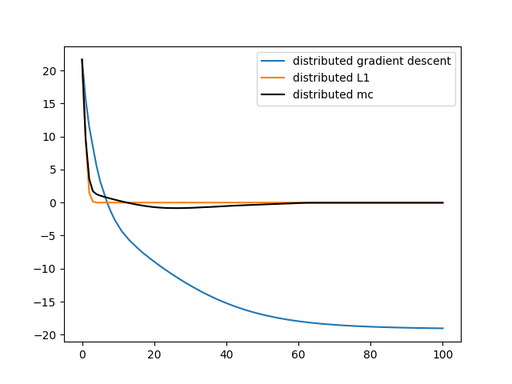
Repository: komuro-zero/distributed-optimization
Script's output: python main_weakly_sparse.py
These files come from the project's save history. The script's output is drawn as it stood at one moment and after the next save; the edit follows.
The pictures are shown at 80% of full size.
Each picture stacks the figures in order, with grey between them; figures that are only written to a file come last. Random numbers start from a fixed seed.

Above is the script's output before, as saved 2019-09-27 09:43:47.

### main_weakly_sparse.py
import numpy as np
import matplotlib.pyplot as plt
from numpy.random import *
from modules.distributed_functions_wj import functions


np.random.seed(0)
class distributed_updates(functions):


    def __init__(self):

        self.N = 30
        self.m = 100
        self.r_i = 15
        self.iteration = 100
        self.sparsity_percentage = 0.2
        #self.lamb = 10**-3
        #self.eta = 0.2
        #self.rho = s
        #self.lamb*(10**2)
        self.lamb = 1
        self.eta = 0.003
        self.rho = self.lamb*(1**2)
        if self.lamb/self.rho <= self.eta*self.lamb:
            print("faulty rho")
            exit()

    def make_variables(self):
        """
        w_star,U_all,d_allを返㝙
        """
        how_weak = 0.1
        w = randn(self.N,1)
        w_star = self.w_star_weakly_sparse(self.N,self.sparsity_percentage,how_weak)
        U_all = randn(self.m,self.N)
        w_star_noise = w_star +randn(self.N,1)/100
        #w_star_noise = w_star_noise/np.dot(w_star_noise.T,w_star_noise)
        d_all = np.dot(U_all,w_star_noise)
        L2 = np.dot(w_star.T,w_star)

        return w,w_star,U_all,d_all,L2,w_star_noise

    def run(self):
        w,w_star,U_all,d_all,L2,w_star_noise = self.make_variables()
        c = self.undirected_graph(self.m,self.r_i)
        self.disjoint_checker(c,self.m)
        w_all = self.make_w(self.m,self.N)

        #error_cgd,wcgd = self.centralized_gradient_descent(U_all,d_all,w,w_star,L2,0.003,self.iteration)
        #error,wcl1 = self.centralized_L1(U_all,d_all,w,w_star,L2,0.003,0.003,self.iteration)
        #error,wcmc = self.centralized_mc(U_all,d_all,w,w_star,L2,self.lamb,self.eta,self.rho,self.iteration)
        #self.distributed_gradient_descent_wj(U_all,d_all,w_star,L2,self.N,self.m,self.r_i,0.25,self.iteration,c,w_all,wcgd)
        #self.distributed_L1_wj(U_all,d_all,w_star,L2,self.N,self.m,self.r_i,10**-4,0.24,self.iteration,c,w_all,wcl1)
        #self.distributed_mc_wj(U_all,d_all,w_star,L2,self.N,self.m,self.r_i,self.lamb,self.eta,self.rho,self.iteration,c,w_all,wcmc)
        self.distributed_gradient_descent(U_all,d_all,w_star,L2,self.N,self.m,self.r_i,0.17,self.iteration,c,w_all)
        self.distributed_L1(U_all,d_all,w_star,L2,self.N,self.m,self.r_i,2,0.17,self.iteration,c,w_all)
        self.distributed_mc(U_all,d_all,w_star,L2,self.N,self.m,self.r_i,self.lamb,self.eta,self.rho,self.iteration,c,w_all)

        #error = [cgd[-1],cl1,cmc[-1],dgd[-1],dl1[-1],dmc[-1]]
        #return error[-1]#w_star,w_star_noise,wcgd,wcl1,wcmc

"""
    #not completed
    def run_distributed(self):
        w,w_star,U_all,d_all,L2 = self.make_variables()

        lamb_l1 = 9*10**-5
        lamb_mc = 10**-3
        eta_gd = 0.1
        eta_l1 = 0.09
        eta_mc = 0.01

        self.distributed(U_all,d_all,w_star,L2,self.N,self.m,self.r_i,lamb_l1,lamb_mc,eta_gd,eta_l1,eta_mc,self.rho,self.iteration)
"""


if __name__ == "__main__":
    simulation = distributed_updates()
    cgd=cl1=cmc=dgd=dl1=dmc=[]
    for i in range(1):
        simulation.run()
        #cgd.append(error)
        """
        error = simulation.run()
        cgd.append(error[0])
        cl1.append(error[1])
        cmc.append(error[2])
        dgd.append(error[3])
        dl1.append(error[4])
        dmc.append(error[5])

        print("iteration:",i)
        """
    #times = range(len(cgd))

    #print("average:",sum(cgd)/len(cgd),"\n max:",max(cgd))
    #print("w_star:",w_star,"\nwcgd:",wcgd-w_star_noise,"\nwcl1:",wcl1-w_star_noise,"\nwcmc:",wcmc-w_star_noise)
    #plt.bar(times,cgd)
    plt.legend()
    plt.show()

### modules/distributed_functions_wj.py
#functions used in each simulations
import numpy as np
from numpy.random import *
import matplotlib.pyplot as plt

#np.random.seed(0)

class functions():
	def w_star(self,N,sparse_percentage):
		w_star = randn(N,1)     #平均は0
		before_length = len(w_star)
		after_length = before_length
		while (after_length / before_length) > sparse_percentage:
			a = randint(0,N-1)
			w_star[a] = 0
			after_length = len(np.unique(w_star))-1  #重複要素の削除
		return w_star

	def w_star_weakly_sparse(self,N,sparse_percentage,how_weak):
		w_star = randn(N,1)     #平均は0
		before_length = len(w_star)
		after_length = before_length
		while (after_length / before_length) > sparse_percentage:
			a = randint(0,N-1)
			w_star[a] = 0
			after_length = len(np.unique(w_star))-1  #重複要素の削除
		w_star_prox = np.zeros((len(w_star),1))
		for i in range(len(w_star)):
			if w_star[i] == 0:
				w_star_prox[i] = randn()
		w_star_prox = w_star_prox/np.dot(w_star_prox.T,w_star_prox)
		w_star = w_star/np.dot(w_star.T,w_star)
		w_star += how_weak*w_star_prox
		return w_star

	def w_star_weakly_sparse_sample(self,N,sparse_percentage):
		w_star = self.w_star(N,sparse_percentage)
		for i in range(len(w_star)):
			if w_star[i] == 0:
				w_star[i] = 0.0001
			else:
				w_star[i] = 1
		return w_star

	def db(self,x, y):
		db = 10 * np.log10(x / y)
		return db[0][0]

	def directed_graph(self,m,r_i):
		c = np.eye(m)
		for j in range(m):
			counter = 0
			while counter != r_i:
				random_num = np.random.randint(0,m)
				if c[j][random_num] != 1:
					c[j][random_num] = 1
					counter += 1
		return c

	def disjointed_directed_graph(self,m,r_i):
		a = [1]*r_i
		b = [0]*(m-r_i)
		a.extend(b)
		c = [1]*r_i
		d = [0]*(m-r_i)
		d.extend(c)
		aa = [a]*int(m/2)
		dd = [d]*int(m/2)
		dd.extend(aa)
		result = np.array(dd)
		for i in range(len(result)):
			result[i][i]=1
		return result

	def make_range(self,m):
		result =[]
		for i in range(m):
			result.append(i)
		return result

	def make_checklist(self,r_i,m):
		untidy_result = self.make_range(m)
		for i in range(r_i-1):
			untidy_result[0:0] = self.make_range(m)
		return sorted(untidy_result)

	def horizontal_checker(self,c,place,r_i):
		count = 0
		for row in c:
			if row[place] == 1:
				count += 1
		if count == r_i+1:
			result = False
		elif count < r_i+1:
			result = True
		else:
			print(c)
			print("faulty horizontal number")
			exit()
		return result

	def undirected_graph(self,m,r_i):
		c = np.eye(m)
		checklist = self.make_checklist(r_i,m)
		for i in range(m):
			connected = sum(x == 1 for x in c[i])
			while connected < r_i:
				select = np.random.randint(len(checklist))
				connect_node = checklist[select]
				if c[i][connect_node] != 1 and self.horizontal_checker(c,connect_node,r_i):
					c[i][connect_node] = 1
					connected += 1
					c[connect_node][i] =1
					checklist.pop(select)
		return c

	def find_ones(self,row):
		result = [i for i, element in enumerate(row) if element == 1]
		return result

	def all_connections(self,c_list):
		result = []
		for row in c_list:
			result.append(self.find_ones(row))
		return result

	def delete_self(self,all_connection):
		for i in range(len(all_connection)):
			all_connection[i].remove(i)
		return all_connection

	def disjoint_checker(self,c,m):
		c_list = c.tolist()
		all_connection = self.all_connections(c_list)
		adjacent_matrix = self.delete_self(all_connection)
		check_node = adjacent_matrix[0]
		connected_node = adjacent_matrix[0]
		last_length = len(connected_node)
		check_node_box = []
		count = 1

		flag = True
		while flag:
			for i in check_node:
				check_node_box[0:0] = (all_connection[i])
			common_part = list(set(check_node_box) & set(connected_node))
			check_node = list(set(check_node_box) - set(common_part))
			connected_node[0:0] = check_node_box
			connected_node = list(set(connected_node))
			check_node_box = []
			now_length = len(connected_node)
			if now_length == last_length:
				flag = False
			count += 1
			if count > m or len(connected_node) == m:
				flag = False
			last_length = now_length
		if len(connected_node) == m:
			print("Your graph is not disjoint")
		else:
			print("Your graph is disjoint. connected nodes:",now_length)

	def w_average(self,w_all,w_star):
		result = [0]*len(w_all[0])
		for row in w_all:
			result += row
		result = result/len(w_all)
		x = range(len(result))

		return result

	def make_w(self,m,N):
		w = randn(N,1).T
		for i in range(m-1):
			w = np.concatenate((w,randn(N,1).T))
		return w

	def centralized_gradient_descent(self,Ut,d,w,w_star,L2,eta,iteration):
		error = [self.db(np.dot((w-w_star).T,w-w_star)[0],L2)]
		times = [0]
		one_error =0
		U = Ut.T
		for i in range(iteration):
			w = w - 2*eta*(np.dot(U,(np.dot(Ut,w)-d)))
			one_error = np.dot((w-w_star).T,w-w_star)[0]
			error.append(self.db(one_error,L2))
			times.append(i+1)
		plt.plot(times,error,label = "centralized gradient descent")
		return error,w

	def centralized_L1(self,Ut,d,w,w_star,L2,lamb,eta,iteration):
		error = [self.db(np.dot((w-w_star).T,w-w_star)[0],L2)]
		times = [0]
		one_error =0
		U = Ut.T
		for i in range(iteration):
			w = w - 2*eta*(np.dot(U,(np.dot(Ut,w)-d)))
			for j in range(len(w)):
				if w[j] > 0 and lamb < abs(w[j]):
					w[j] -= lamb
				elif w[j] < 0 and lamb < abs(w[j]):
					w[j] += lamb
				else:
					w[j] = 0
			one_error = np.dot((w-w_star).T,w-w_star)[0]
			error.append(self.db(one_error,L2))
			times.append(i+1)
		exec("plt.plot(times,error,label = 'centralized_L1')")
		return error,w

	def centralized_mc(self,Ut,d,w,w_star,L2,lamb,eta,rho,iteration):
		error = [self.db(np.dot((w-w_star).T,w-w_star)[0],L2)]
		times = [0]
		one_error =0
		U = Ut.T
		for i in range(iteration):
			w = w - 2*eta*(np.dot(U,(np.dot(Ut,w)-d)))
			for j in range(len(w)):
				if abs(w[j]) < eta*lamb:
					w[j] = 0
				elif eta*lamb < abs(w[j]) and abs(w[j]) < lamb/rho:
					w[j] = w[j]*(abs(w[j])-eta*lamb)/(abs(w[j])*(1-eta*rho))
				elif lamb/rho <= abs(w[j]):
					w[j] = w[j]
				else:
					print("banana")
			one_error = np.dot((w-w_star).T,w-w_star)[0]
			error.append(self.db(one_error,L2))
			times.append(i+1)
			one_error = 0
		plt.plot(times,error,label = "centralized_mc")
		return error,w

	def one_gradient_descent(self,Ut,d,w,eta):
		U = Ut.T
		w = w - 2*eta*((U*(np.dot(Ut,w)-d)))
		return w

	def one_L1(self,Ut,d,w,lamb,eta):
		U = Ut.T
		w = w - 2*eta*((U*(np.dot(Ut,w)-d)))
		for j in range(len(w)):
			if w[j] > 0 and lamb < abs(w[j]):
				w[j] -= lamb
			elif w[j] < 0 and lamb < abs(w[j]):
				w[j] += lamb
			else:
				w[j] = 0
		return w

	def one_mc(self,Ut,d,w,lamb,eta,rho):
		U = Ut.T
		w = w - 2*eta*((U*(np.dot(Ut,w)-d)))
		for j in range(len(w)):
			if abs(w[j]) <= eta*lamb:
				w[j] = 0
			elif eta*lamb < abs(w[j]) and abs(w[j]) < lamb/rho:
				w[j] = w[j]*(abs(w[j])-eta*lamb)/(abs(w[j])*(1-eta*rho))
			elif lamb/rho <= abs(w[j]):
				w[j] = w[j]
			else:
				print("banana")
		return w

	def distributed_gradient_descent(self,Ut,d,w_star,L2,N,m,r_i,eta,iteration,c,w_all_f):
		average_error = [0]
		for i in range(1,m+1,1):
			exec("u_%d = Ut[%d]" % (i,i-1))
			exec("d_%d = d[%d][0]" % (i,i-1))
			exec("w_%d = np.reshape(w_all_f[%d],(N,1)).ravel() " % (i,i-1))
			exec("w_next_%d = w_%d" % (i,i))
			exec("error_w_%d = []" % (i))
			exec("one_error_%d =[]" % (i))
			exec("average_error[0] += self.db(np.dot((w_%d-w_star.ravel()).T,w_%d-w_star.ravel()),L2)"%(i,i))
		average_error[0] = average_error[0]/m
		times = [0]
		for i in range(iteration):
			for j in range(1,m+1,1):
				exec("w_%d = self.one_gradient_descent(u_%d,d_%d,w_%d,eta)" % (j,j,j,j))
				exec("w_next_%d = w_%d" % (j,j))
			exec("w_all = [w_next_1]")
			for j in range(2,m+1):
				exec("w_all = np.concatenate((w_all,[w_next_%d]))" %(j))
			exec("average = (1/(r_i+1))*np.dot(c,w_all)")
			for j in range(1,m+1,1):
				exec("w_%d = average[%d]" % (j,j-1))
			for j in range(1,m+1,1):
				exec("one_error_%d = np.dot((w_%d-w_star.ravel()).T,w_%d-w_star.ravel())" % (j,j,j))
				exec("error_w_%d.append(self.db(one_error_%d,L2))" % (j,j))
			times.append(i+1)
		exec("w_all_f = w_all")
		exec("w_average = self.w_average(w_all,w_star)")
		for i in range(iteration):
			exec("average_error.append(error_w_1[%d])" % (i))
			for j in range(2,m+1,1):
				exec("average_error[%d] += error_w_%d[%d]" % (i+1,j,i))
			average_error[i+1] = average_error[i+1]/m
		plt.plot(times,average_error,label = 'distributed gradient descent')
		plt.legend()
		return average_error,w_all_f

	def distributed_L1(self,Ut,d,w_star,L2,N,m,r_i,lamb,eta,iteration,c,w_all_f):
		average_error = [0]
		for i in range(1,m+1,1):
			exec("u_%d = Ut[%d]" % (i,i-1))
			exec("d_%d = d[%d][0]" % (i,i-1))
			exec("w_%d = np.reshape(w_all_f[%d],(N,1)).ravel() " % (i,i-1))
			exec("w_next_%d = w_%d" % (i,i))
			exec("error_w_%d = []" % (i))
			exec("one_error_%d =[]" % (i))
			exec("average_error[0] += self.db(np.dot((w_%d-w_star.ravel()).T,w_%d-w_star.ravel()),L2)"%(i,i))
		average_error[0] = average_error[0]/m

		times = [0]
		for i in range(iteration):
			for j in range(1,m+1,1):
				exec("w_%d = self.one_L1(u_%d,d_%d,w_%d,lamb,eta)" % (j,j,j,j))
				exec("w_next_%d = w_%d" % (j,j))
			exec("w_all = [w_next_1]")
			for j in range(2,m+1):
				exec("w_all = np.concatenate((w_all,[w_next_%d]))" %(j))
			exec("average = (1/(r_i+1))*np.dot(c,w_all)")
			for j in range(1,m+1,1):
				exec("w_%d = average[%d]" % (j,j-1))
			for j in range(1,m+1,1):
				exec("one_error_%d = np.dot((w_%d-w_star.ravel()).T,w_%d-w_star.ravel())" % (j,j,j))
				exec("error_w_%d.append(self.db(one_error_%d,L2))" % (j,j))
			times.append(i+1)
		exec("w_average = self.w_average(w_all,w_star)")
		for i in range(iteration):
			exec("average_error.append(error_w_1[%d])" % (i))
			for j in range(2,m+1,1):
				exec("average_error[%d] += error_w_%d[%d]" % (i+1,j,i))
			average_error[i+1] = average_error[i+1]/m
		plt.plot(times,average_error,label = 'distributed L1')
		plt.legend()
		return average_error

	def distributed_mc(self,Ut,d,w_star,L2,N,m,r_i,lamb,eta,rho,iteration,c,w_all_f):
		average_error = [0]
		for i in range(1,m+1,1):
			exec("u_%d = Ut[%d]" % (i,i-1))
			exec("d_%d = d[%d][0]" % (i,i-1))
			exec("w_%d = np.reshape(w_all_f[%d],(N,1)).ravel() " % (i,i-1))
			exec("w_next_%d = w_%d" % (i,i))
			exec("error_w_%d = []" % (i))
			#exec("error_w_%d = [self.db(np.dot((w_%d-w_star.ravel()).T,w_%d-w_star.ravel()),L2)]" % (i,i,i))
			exec("one_error_%d =[]" % (i))
			exec("average_error[0] += self.db(np.dot((w_%d-w_star.ravel()).T,w_%d-w_star.ravel()),L2)"%(i,i))
		average_error[0] = average_error[0]/m
		times = [0]
		for i in range(iteration):
			for j in range(1,m+1,1):
				exec("w_%d = self.one_mc(u_%d,d_%d,w_%d,lamb,eta,rho)" % (j,j,j,j))
				exec("w_next_%d = w_%d" % (j,j))
			exec("w_all = [w_next_1]")
			for j in range(2,m+1):
				exec("w_all = np.concatenate((w_all,[w_next_%d]))" %(j))
			exec("average = (1/(r_i+1))*np.dot(c,w_all)")
			for j in range(1,m+1,1):
				exec("w_%d = average[%d]" % (j,j-1))
			for j in range(1,m+1,1):
				exec("one_error_%d = np.dot((w_%d-w_star.ravel()).T,w_%d-w_star.ravel())" % (j,j,j))
				exec("error_w_%d.append(self.db(one_error_%d,L2))" % (j,j))
			times.append(i+1)
		exec("w_average = self.w_average(w_all,w_star)")
		for i in range(iteration):
			exec("average_error.append(error_w_1[%d])" % (i))
			for j in range(2,m+1,1):
				exec("average_error[%d] += error_w_%d[%d]" % (i+1,j,i))
			average_error[i+1] = average_error[i+1]/m
		#for i in range(1,m+1):
		#	exec("plt.plot(times,error_w_%d)"%(i))
		plt.plot(times,average_error,label = 'distributed mc',color = "black")
		plt.legend()
		return average_error

	def distributed_gradient_descent_wj(self,Ut,d,w_star,L2,N,m,r_i,eta,iteration,c,w_all_f,wj):
		average_error = [0]
		L2wj = np.dot(wj.T,wj)
		for i in range(1,m+1,1):
			exec("u_%d = Ut[%d]" % (i,i-1))
			exec("d_%d = d[%d][0]" % (i,i-1))
			exec("w_%d = np.reshape(w_all_f[%d],(N,1)).ravel() " % (i,i-1))
			exec("w_next_%d = w_%d" % (i,i))
			exec("error_w_%d = []" % (i))
			exec("one_error_%d =[]" % (i))
			exec("average_error[0] += self.db(np.dot((w_%d-wj.ravel()).T,w_%d-wj.ravel()),L2wj)"%(i,i))
		average_error[0] = average_error[0]/m
		times = [0]
		for i in range(iteration):
			for j in range(1,m+1,1):
				exec("w_%d = self.one_gradient_descent(u_%d,d_%d,w_%d,eta)" % (j,j,j,j))
				exec("w_next_%d = w_%d" % (j,j))
			exec("w_all = [w_next_1]")
			for j in range(2,m+1):
				exec("w_all = np.concatenate((w_all,[w_next_%d]))" %(j))
			exec("average = (1/(r_i+1))*np.dot(c,w_all)")
			for j in range(1,m+1,1):
				exec("w_%d = average[%d]" % (j,j-1))
			for j in range(1,m+1,1):
				exec("one_error_%d = np.dot((w_%d-wj.ravel()).T,w_%d-wj.ravel())" % (j,j,j))
				#exec("print(one_error_%d)"%(j))
				exec("error_w_%d.append(self.db(one_error_%d,L2wj))" % (j,j))
			times.append(i+1)
		for i in range(iteration):
			exec("average_error.append(error_w_1[%d])" % (i))
			for j in range(2,m+1,1):
				exec("average_error[%d] += error_w_%d[%d]" % (i+1,j,i))
			average_error[i+1] = average_error[i+1]/m
		exec("plt.plot(times,average_error,label = 'wj distributed gradient descent')")
		return average_error

	def distributed_L1_wj(self,Ut,d,w_star,L2,N,m,r_i,lamb,eta,iteration,c,w_all_f,wj):
		average_error = [0]
		L2wj = np.dot(wj.T,wj)
		for i in range(1,m+1,1):
			exec("u_%d = Ut[%d]" % (i,i-1))
			exec("d_%d = d[%d][0]" % (i,i-1))
			exec("w_%d = np.reshape(w_all_f[%d],(N,1)).ravel() " % (i,i-1))
			exec("w_next_%d = w_%d" % (i,i))
			exec("error_w_%d = []" % (i))
			exec("one_error_%d =[]" % (i))
			exec("average_error[0] += self.db(np.dot((w_%d-wj.ravel()).T,w_%d-wj.ravel()),L2wj)"%(i,i))
		average_error[0] = average_error[0]/m

		times = [0]
		for i in range(iteration):
			for j in range(1,m+1,1):
				exec("w_%d = self.one_L1(u_%d,d_%d,w_%d,lamb,eta)" % (j,j,j,j))
				exec("w_next_%d = w_%d" % (j,j))
			exec("w_all = [w_next_1]")
			for j in range(2,m+1):
				exec("w_all = np.concatenate((w_all,[w_next_%d]))" %(j))
			exec("average = (1/(r_i+1))*np.dot(c,w_all)")
			for j in range(1,m+1,1):
				exec("w_%d = average[%d]" % (j,j-1))
			for j in range(1,m+1,1):
				exec("one_error_%d = np.dot((w_%d-wj.ravel()).T,w_%d-wj.ravel())" % (j,j,j))
				exec("error_w_%d.append(self.db(one_error_%d,L2wj))" % (j,j))
			times.append(i+1)
		for i in range(iteration):
			exec("average_error.append(error_w_1[%d])" % (i))
			for j in range(2,m+1,1):
				exec("average_error[%d] += error_w_%d[%d]" % (i+1,j,i))
			average_error[i+1] = average_error[i+1]/m
		exec("plt.plot(times,average_error,label = 'wj distributed L1')")
		return average_error

	def distributed_mc_wj(self,Ut,d,w_star,L2,N,m,r_i,lamb,eta,rho,iteration,c,w_all_f,wj):
		average_error = [0]
		L2wj = np.dot(wj.T,wj)
		for i in range(1,m+1,1):
			exec("u_%d = Ut[%d]" % (i,i-1))
			exec("d_%d = d[%d][0]" % (i,i-1))
			exec("w_%d = np.reshape(w_all_f[%d],(N,1)).ravel() " % (i,i-1))
			exec("w_next_%d = w_%d" % (i,i))
			exec("error_w_%d = []" % (i))
			exec("one_error_%d =[]" % (i))
			exec("average_error[0] += self.db(np.dot((w_%d-wj.ravel()).T,w_%d-wj.ravel()),L2wj)"%(i,i))
		average_error[0] = average_error[0]/m
		times = [0]
		for i in range(iteration):
			for j in range(1,m+1,1):
				exec("w_%d = self.one_mc(u_%d,d_%d,w_%d,lamb,eta,rho)" % (j,j,j,j))
				exec("w_next_%d = w_%d" % (j,j))
			exec("w_all = [w_next_1]")
			for j in range(2,m+1):
				exec("w_all = np.concatenate((w_all,[w_next_%d]))" %(j))
			exec("average = (1/(r_i+1))*np.dot(c,w_all)")
			for j in range(1,m+1,1):
				exec("w_%d = average[%d]" % (j,j-1))
			for j in range(1,m+1,1):
				exec("one_error_%d = np.dot((w_%d-wj.ravel()).T,w_%d-wj.ravel())" % (j,j,j))

				exec("error_w_%d.append(self.db(one_error_%d,L2wj))" % (j,j))
			times.append(i+1)
		for i in range(iteration):
			exec("average_error.append(error_w_1[%d])" % (i))
			for j in range(2,m+1,1):
				exec("average_error[%d] += error_w_%d[%d]" % (i+1,j,i))
			average_error[i+1] = average_error[i+1]/m
		exec("plt.plot(times,average_error,label = 'wj distributed mc')")
		return average_error

After the next save:
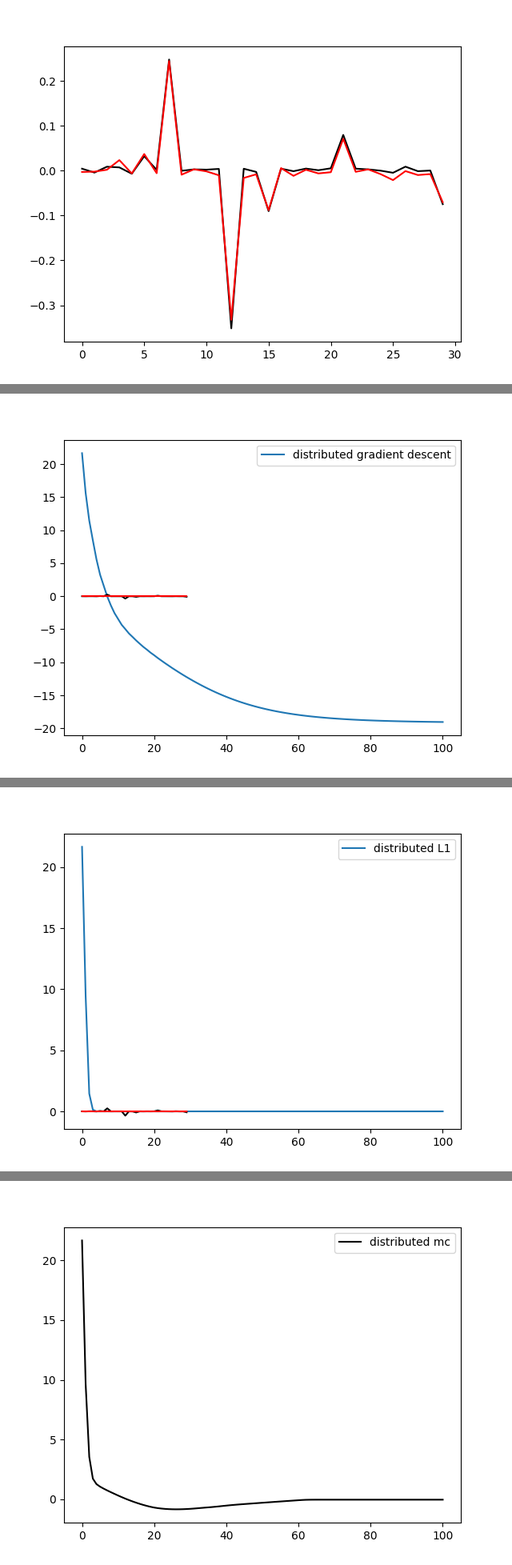
Saved 55 s later.
--- a/modules/distributed_functions_wj.py
+++ b/modules/distributed_functions_wj.py
@@ -166,7 +166,9 @@ class functions():
 			result += row
 		result = result/len(w_all)
 		x = range(len(result))
-
+		plt.plot(x,w_star,color = "black")
+		plt.plot(x,result,color = "red")
+		plt.show()
 		return result
 
 	def make_w(self,m,N):
